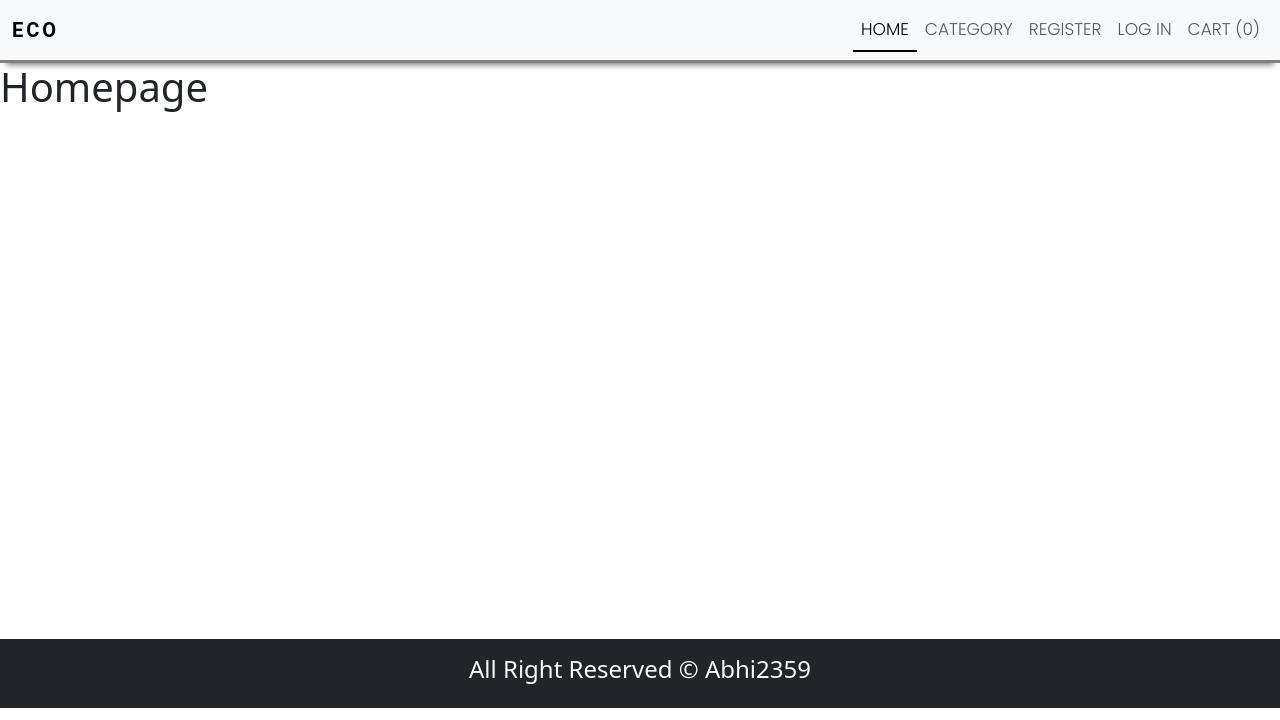
Repository: Abhi2359/SaleXpress
Page: / (app in client/)
The author's editor kept a copy of each file at every save. The page is drawn from the files as they stood at one save, then again after a run of saves.
The browser window is 1280 px wide. The pictures show the whole page.
The project was rebuilt for these pictures with package versions that can differ from the ones it lists, and the page was loaded fresh each time. Also part of the build but not shown: client/vite.config.js, client/src/pages/About.jsx, client/src/pages/Policy.jsx, client/src/pages/PageNotFound.jsx.

Above is the page before, as saved 2023-05-08 19:22:49.

After the next 2 saves:
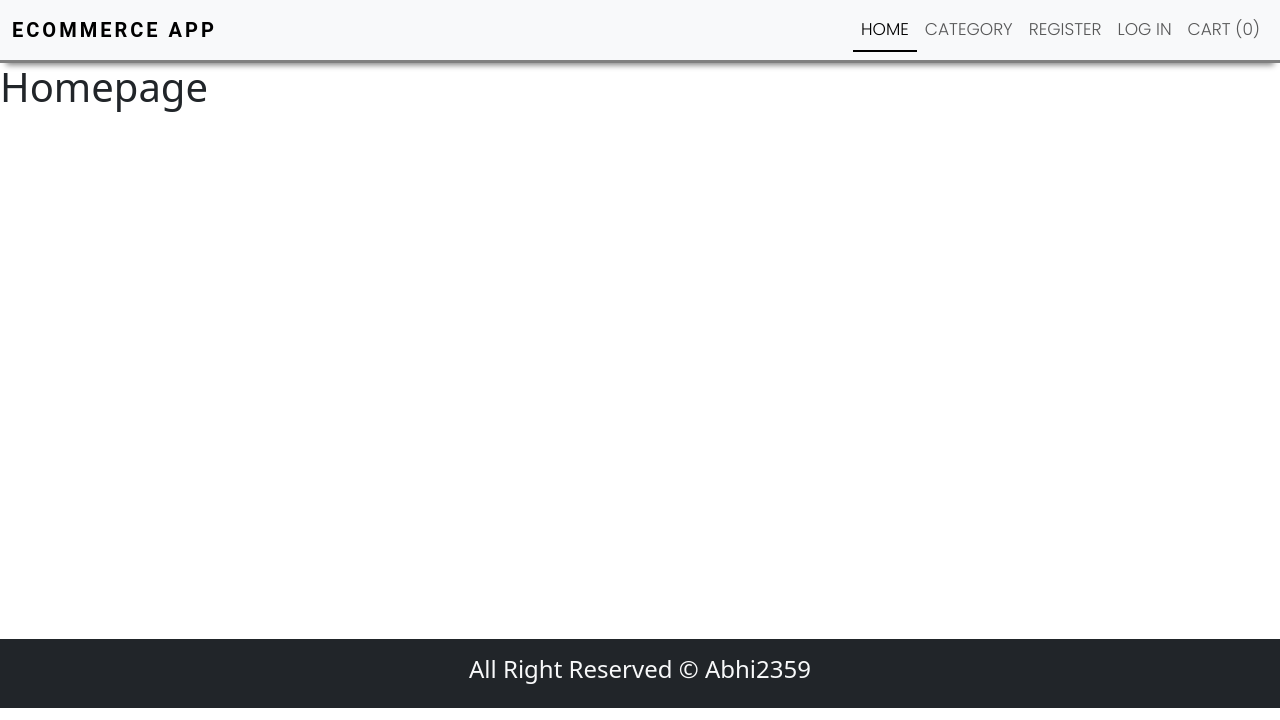
The 2 saves are shown as one change because they came seconds apart.
The last was saved 5 s later.
--- a/client/src/components/Layout/Header.jsx
+++ b/client/src/components/Layout/Header.jsx
@@ -19,7 +19,7 @@ const Header = () => {
           </button>
           <div className="collapse navbar-collapse" id="navbarTogglerDemo01">
             <Link to="/" className="navbar-brand">
-              Eco
+              Ecommerce App
             </Link>
             <ul className="navbar-nav ms-auto mb-2 mb-lg-0">
               <li className="nav-item">
